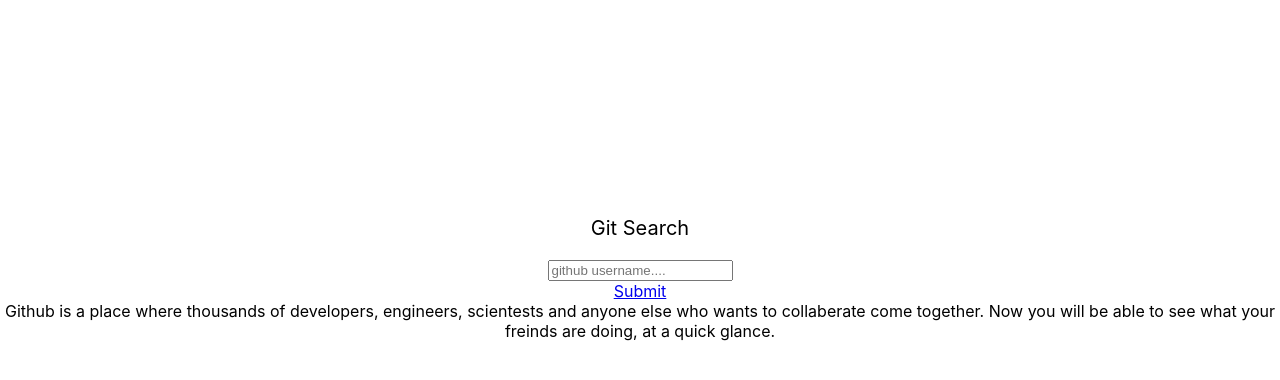
Repository: carlsopa/gitsearch
Page: / (app in gitsearch/)
These files come from the project's save history. The page is drawn as it stood at one moment and after the next save; the edit follows.
The browser window is 1280 px wide. The pictures show the whole page.
The project was rebuilt for these pictures with package versions that can differ from the ones it lists, and the page was loaded fresh each time. Also part of the build but not shown: gitsearch/src/components/profile.js, gitsearch/src/components/repo_card.js, gitsearch/src/components/repos.js.

Above is the page before, as saved 2020-06-23 08:26:45.

### gitsearch/src/App.js
import React,{useState,useEffect} from 'react';
import './App.css';
import'./design/git.css'
import Profile from './components/profile';
import Repos from './components/repos';
import Holder from './components/holder';


function App() {
  const uri = 'https://api.github.com/users/'
  const [searchTerm,setSearchTerm] = useState('')
  const [loaded,setLoaded] = useState(false);
  const [results, setResults] = useState([])
  const [error,setError] = useState('')
  const alpha=(data)=>{
    setSearchTerm(data);
  }
  const FetchUser=()=>{
    fetch(uri+searchTerm,{
      headers:{
        Authorization: "basic "+btoa('carlsopa')
      }
    })
    .then(res=>res.json())
    .then(
      (result)=>{
        setLoaded(true)
        setResults(result)
      },
      (error)=>{
        setLoaded(true)
        setError(error)
      }
    )
  }
  return (
    <div className="App">
      <header>
        {results.length!=0?<div><div class='header' id="header_search">Git Search</div>
        <input type="text" id="gitSearch" placeholder="git profile...." onChange={(e)=>setSearchTerm(e.target.value)}/>
        <a href="#" onClick={(e)=>FetchUser()}>Submit</a></div>:null}
      </header>
      {results.length===0?<Holder alpha={alpha} fetch={FetchUser}/>:
      <div><Profile values={results}/><Repos values={results}/></div>}
    </div>
  );
}

export default App;

### gitsearch/src/design/git.css
#start{
    position: relative;
    display: flex;
  flex-direction: column;
  align-items: center;
  /* justify-content: center; */
  /* min-height: 100vh; */
  top:30vh;
}
#title{
    margin-bottom:20px;
    /* font-size:1.25rem; */
}
.header{
    font-size:1.25rem;
}

### gitsearch/src/components/holder.js
import React from 'react';

function Holder(props) {
    return (
        <div id='start'>
            <div class='header' id='title'>Git Search</div>
            <input type="text" placeholder='github username....' onChange={(e)=>props.alpha(e.target.value)}/>
            <a href="#" onClick={(e)=>props.fetch()}>Submit</a>
            <div id="sub_text" >
                Github is a place where thousands of developers, engineers, scientests and anyone else who wants to collaberate come together.  Now you will be able to see what your freinds are doing, at a quick glance.
            </div>

        </div>
    )
}

export default Holder;

Loaded but not shown: gitsearch/public/index.html (common file); gitsearch/src/index.js (common file); gitsearch/src/index.css (common file); gitsearch/src/serviceWorker.js (common file); gitsearch/src/App.css (common file)

After the next save:
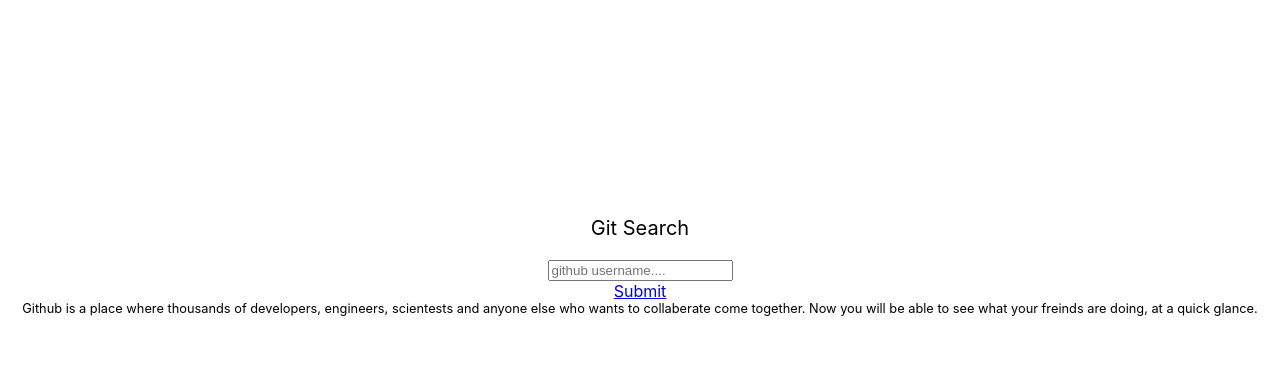
Saved 19 s later.
--- a/gitsearch/src/design/git.css
+++ b/gitsearch/src/design/git.css
@@ -14,3 +14,6 @@
 .header{
     font-size:1.25rem;
 }
+#sub_text{
+    font-size:.8rem;
+}
